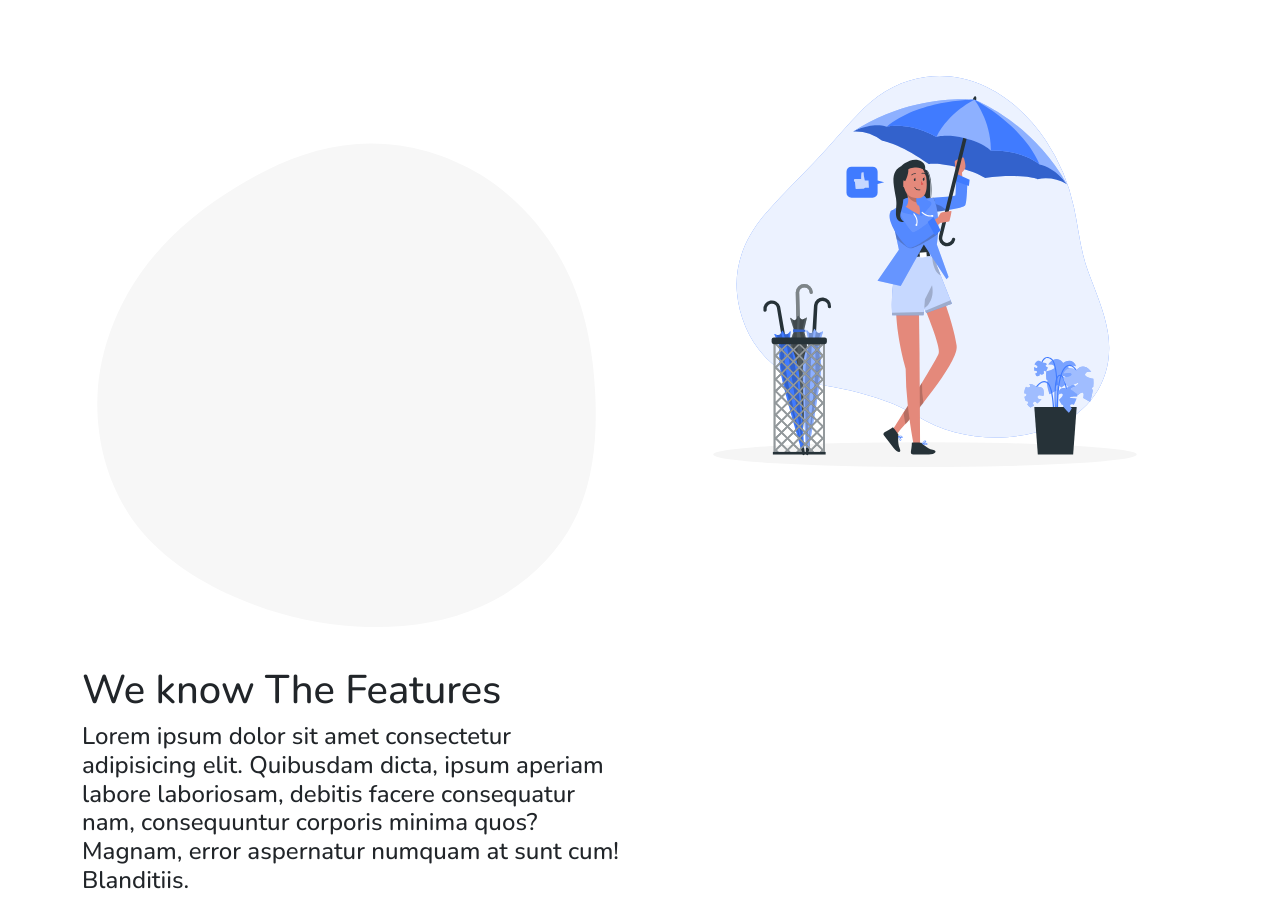
Repository: youssef168/Weather-App
Page: index.htm
These files come from the project's save history. The page is drawn as it stood at one moment and after the next save; the edit follows.
The browser window is 1280 px wide. The pictures show the whole page.

Above is the page before, as saved 2021-12-28 18:26:28.

After the next save:
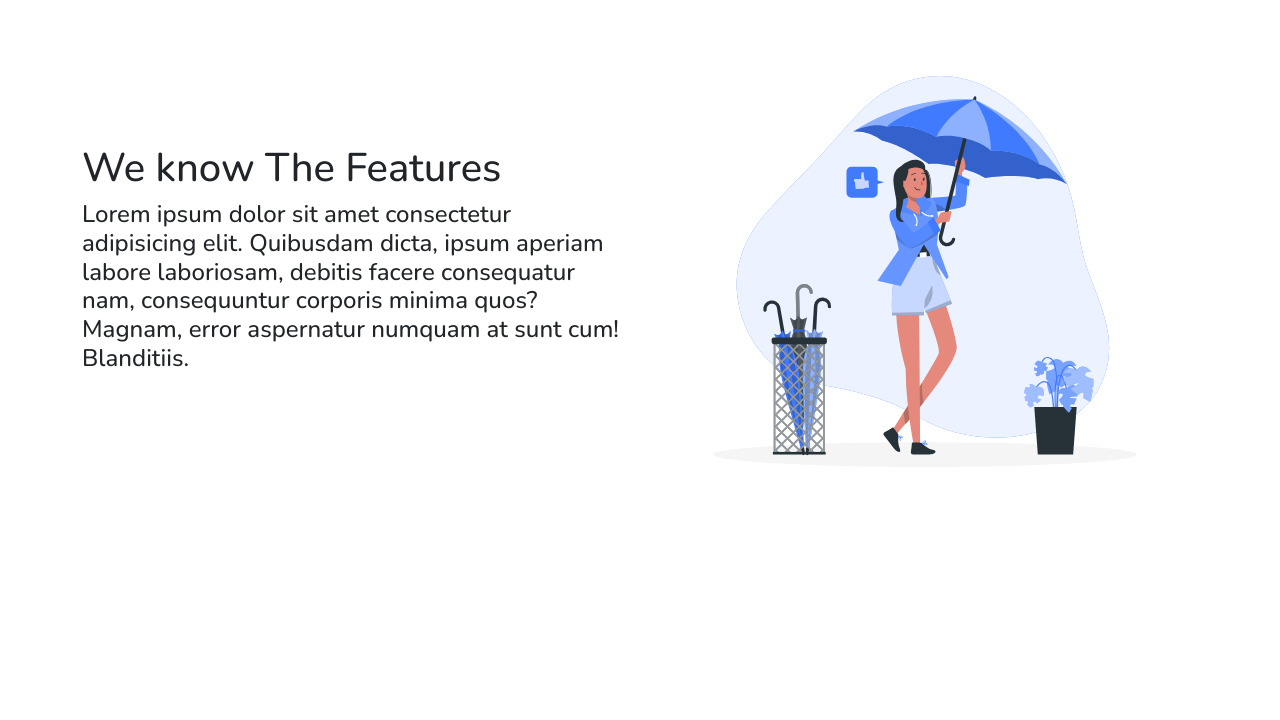
Not found: blob (1).svg
Saved 44 s later.
--- a/index.htm
+++ b/index.htm
@@ -15,9 +15,7 @@
     <div class="container">
         <div class='row'>
             <div class="col-lg-6 super">
-                <svg viewBox="0 0 200 200" xmlns="http://www.w3.org/2000/svg">
-                    <path fill="#F7F7F7" d="M45.9,-80C59.5,-71.7,70.4,-59.3,77.3,-45.3C84.3,-31.3,87.3,-15.6,88,0.4C88.8,16.5,87.3,33,80.2,46.8C73.2,60.7,60.5,71.8,46.2,78.2C31.9,84.6,16,86.4,0.5,85.5C-14.9,84.6,-29.8,81,-44.2,74.6C-58.6,68.3,-72.5,59.1,-81.6,46.2C-90.7,33.2,-95.1,16.6,-94.3,0.5C-93.5,-15.7,-87.4,-31.3,-78.3,-44.2C-69.2,-57.1,-56.9,-67.3,-43.4,-75.5C-29.8,-83.8,-14.9,-90.1,0.6,-91.2C16.2,-92.4,32.4,-88.2,45.9,-80Z" transform="translate(100 100)" />
-                  </svg>
+                <img src="./blob (1).svg" alt="">
                <h1> We know The Features </h1>
                <h4>Lorem ipsum dolor sit amet consectetur adipisicing elit. Quibusdam dicta, ipsum aperiam labore laboriosam, debitis facere consequatur nam, consequuntur corporis minima quos? Magnam, error aspernatur numquam at sunt cum! Blanditiis.</h4>
             </div>
